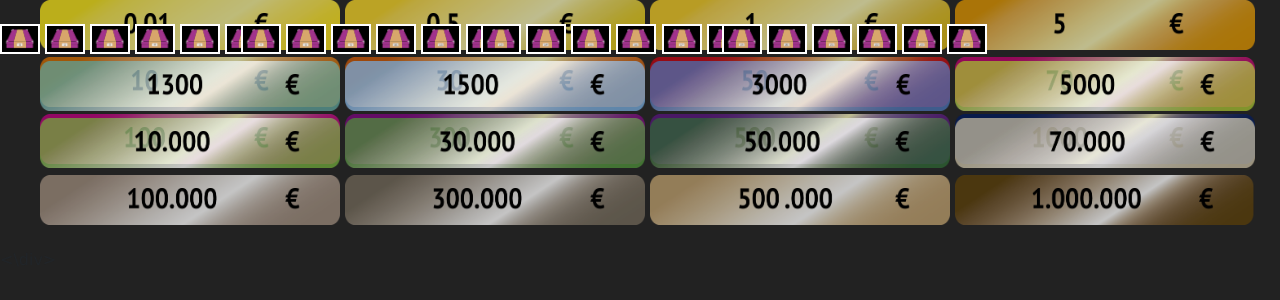
Repository: elnacp/Deal_or_no_deal
Page: DealOrNoDeal/index.html
The author's editor kept a copy of each file at every save. The page is drawn from the files as they stood at one save, then again after the next save.
The browser window is 1280 px wide. The pictures show the whole page.
Some web libraries are served in a nearby version.

Above is the page before, as saved 2017-11-27 00:22:30.

### DealOrNoDeal/index.html
<!DOCTYPE html>
<html>
<head>
    <meta charset="utf-8" />
    <meta name="viewport" content="width=device-width, initial-scale=1.0, maximum-scale=1.0">
    <meta name="description" content="Tizen TV basic template generated by Samsung TV Web IDE"/>

    <title>Tizen TV Web IDE - Tizen TV - Tizen TV basic Application</title>

	<!-- jQuery library -->
	<script src="https://ajax.googleapis.com/ajax/libs/jquery/3.1.1/jquery.min.js"></script>
    <link rel="stylesheet" href="https://maxcdn.bootstrapcdn.com/bootstrap/4.0.0-beta.2/css/bootstrap.min.css" integrity="sha384-PsH8R72JQ3SOdhVi3uxftmaW6Vc51MKb0q5P2rRUpPvrszuE4W1povHYgTpBfshb" crossorigin="anonymous">
    <script src="https://code.jquery.com/jquery-3.2.1.slim.min.js" integrity="sha384-KJ3o2DKtIkvYIK3UENzmM7KCkRr/rE9/Qpg6aAZGJwFDMVNA/GpGFF93hXpG5KkN" crossorigin="anonymous"></script>
    <script src="https://cdnjs.cloudflare.com/ajax/libs/popper.js/1.12.3/umd/popper.min.js" integrity="sha384-vFJXuSJphROIrBnz7yo7oB41mKfc8JzQZiCq4NCceLEaO4IHwicKwpJf9c9IpFgh" crossorigin="anonymous"></script>
    <script src="https://maxcdn.bootstrapcdn.com/bootstrap/4.0.0-beta.2/js/bootstrap.min.js" integrity="sha384-alpBpkh1PFOepccYVYDB4do5UnbKysX5WZXm3XxPqe5iKTfUKjNkCk9SaVuEZflJ" crossorigin="anonymous"></script>
    <link rel="stylesheet" type="text/css" href="css/style.css"/>
    <script src="js/main.js"></script>
</head>

<body>
	<div id="container-fluid">
		<div class = "row">
			<div id = "left" class= "col">
				<ul>
					<input type="image"  id ="prizes" src="./img/prizes/0,01.png"   />
					<input type="image"  id ="prizes" src="./img/prizes/0,5.png"   />
					<input type="image"  id ="prizes" src="./img/prizes/1.png"  	/>
					<input type="image"  id ="prizes" src="./img/prizes/5.png"  	/>
					<input type="image"  id ="prizes" src="./img/prizes/10.png"     />
					<input type="image"  id ="prizes" src="./img/prizes/30.png"     />
					<input type="image"  id ="prizes" src="./img/prizes/50.png"     />
					<input type="image"  id ="prizes" src="./img/prizes/70.png"     />
					<input type="image"  id ="prizes" src="./img/prizes/100.png"    />
					<input type="image"  id ="prizes" src="./img/prizes/300.png"    />
					<input type="image"  id ="prizes" src="./img/prizes/500.png"    />
					<input type="image"  id ="prizes" src="./img/prizes/1000.png"    />
				</ul>
			</div>

			<div id="central" class="col-10">
				<div id="chests" class= "row">
					<input type="image"  id ="image" src="./img/chests/1.png"  />
					<input type="image"  id ="image" src="./img/chests/2.png"  />
					<input type="image"  id ="image" src="./img/chests/3.png"  />
					<input type="image"  id ="image" src="./img/chests/4.png"  />
					<input type="image"  id ="image" src="./img/chests/5.png"  />
					<input type="image"  id ="image" src="./img/chests/6.png"  />
				</div>
				<div id="chests" class= "row">
					<input type="image"  id ="image" src="./img/chests/7.png"   />
					<input type="image"  id ="image" src="./img/chests/8.png"   />
					<input type="image"  id ="image" src="./img/chests/9.png"   />
					<input type="image"  id ="image" src="./img/chests/10.png"  />
					<input type="image"  id ="image" src="./img/chests/11.png"  />
					<input type="image"  id ="image" src="./img/chests/12.png"  />
				</div>
				<div id="chests" class= "row">
					<input type="image"  id ="image" src="./img/chests/13.png"  />
					<input type="image"  id ="image" src="./img/chests/14.png"  />
					<input type="image"  id ="image" src="./img/chests/15.png"  />
					<input type="image"  id ="image" src="./img/chests/16.png"  />
					<input type="image"  id ="image" src="./img/chests/17.png"  />
					<input type="image"  id ="image" src="./img/chests/18.png"  />
				</div>
				<div id="chests" class= "row">
					<input type="image"  id ="image" src="./img/chests/19.png"  />
					<input type="image"  id ="image" src="./img/chests/20.png"  />
					<input type="image"  id ="image" src="./img/chests/21.png"  />
					<input type="image"  id ="image" src="./img/chests/22.png"  />
					<input type="image"  id ="image" src="./img/chests/23.png"  />
					<input type="image"  id ="image" src="./img/chests/24.png"  />
				</div>
			</div>

			<div id = "right" class= "col">
				<ul>
					<input type="image"  id ="prizes" src="./img/prizes/1300.png"   />
					<input type="image"  id ="prizes" src="./img/prizes/1500.png"   />
					<input type="image"  id ="prizes" src="./img/prizes/3000.png"  	/>
					<input type="image"  id ="prizes" src="./img/prizes/5000.png"  	/>
					<input type="image"  id ="prizes" src="./img/prizes/10.000.png"     />
					<input type="image"  id ="prizes" src="./img/prizes/30.000.png"     />
					<input type="image"  id ="prizes" src="./img/prizes/50.000.png"     />
					<input type="image"  id ="prizes" src="./img/prizes/70.000.png"     />
					<input type="image"  id ="prizes" src="./img/prizes/100.000.png"    />
					<input type="image"  id ="prizes" src="./img/prizes/300.000.png"    />
					<input type="image"  id ="prizes" src="./img/prizes/500.000.png"    />
					<input type="image"  id ="prizes" src="./img/prizes/1.000.000.png"    />
				</ul>
			</div>
		<\div>
	</div>

</body>

</html>

### DealOrNoDeal/css/style.css
* {
    font-family: Verdana, Lucida Sans, Arial, Helvetica, sans-serif;
}

body {
    margin: 0px auto;
    background-color:#222;
}

/*.contents {
	display: flex;
	display: -webkit-flex;
	box-sizing: border-box;
	-webkit-box-sizing: border-box;
	height:320px;
}


.content_text {
	font-weight:bold;
	font-size:5em;
	color:#fff;
}*/

.col{

	padding: 0px;
	border: none;
}


.row{
	padding: 0px;
	display: inline;
}

#left{
	position: absolute;
	left: 0px;
}



#prizes{
	width: 300px;
	height:50px;
}

#image{
	width:40px;
	height:30px;
	/*float:left;*/
	border: 2px solid white;
}

/*#chests{
	float:left;
}*/

### DealOrNoDeal/js/main.js

window.onload = function () {
    // TODO:: Do your initialization job

    // add eventListener for tizenhwkey
    document.addEventListener('tizenhwkey', function(e) {
        if(e.keyName == "back")
	try {
	    tizen.application.getCurrentApplication().exit();
	} catch (ignore) {
	}
    });



    // Sample code
    /*var textbox = document.querySelector('.contents');
    textbox.addEventListener("click", function(){
    	box = document.querySelector('#textbox');
    	box.innerHTML = box.innerHTML == "Basic" ? "Funciona" : "Basic";
    }); */


};

After the next save:
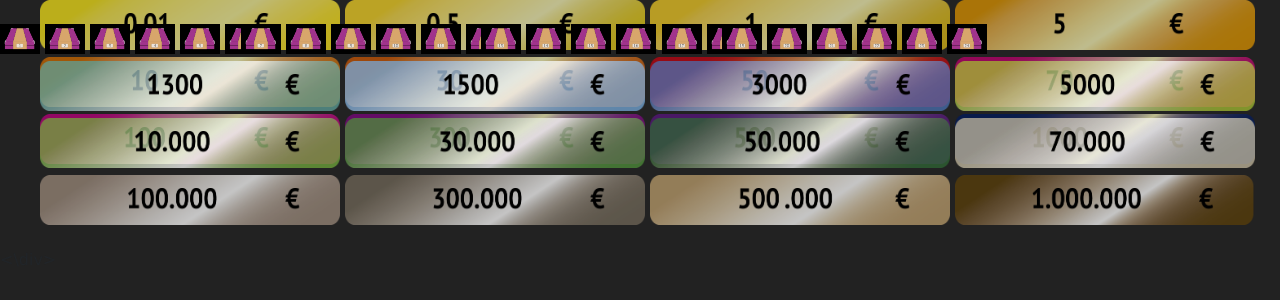
Saved 8 s later.
--- a/DealOrNoDeal/css/style.css
+++ b/DealOrNoDeal/css/style.css
@@ -49,8 +49,8 @@ body {
 #image{
 	width:40px;
 	height:30px;
-	/*float:left;*/
-	border: 2px solid white;
+	/*float:left;
+	border: 2px solid white;*/
 }
 
 /*#chests{
